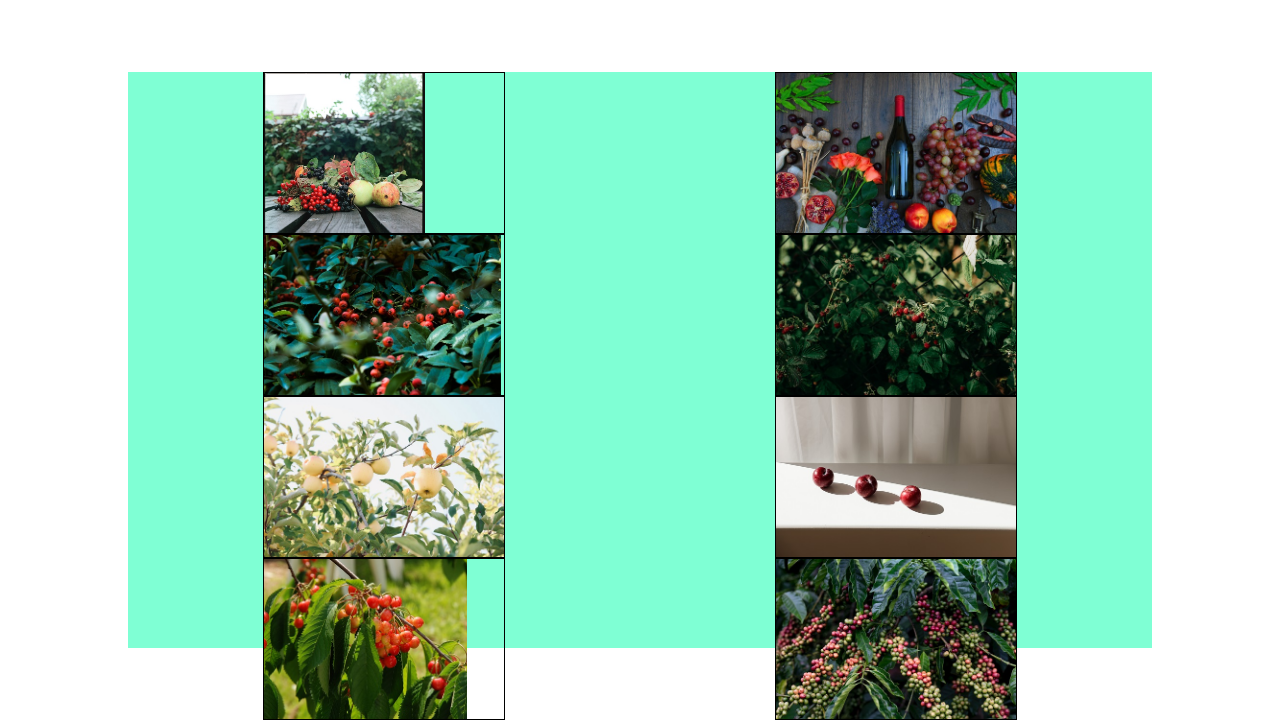
Repository: lidkaa/devTasks
Page: 0. Zadania Testowe/zadania/FlexboxCentered.html
An editor plug-in stored every save of this project. The page is shown before and after the next save, followed by the edit.
The browser window is 1280 px wide. The pictures show the whole page.

Above is the page before, as saved 2022-01-31 14:21:54.

### 0. Zadania Testowe/zadania/FlexboxCentered.html
<!DOCTYPE html>
<html lang="en">
<head>
    <meta charset="UTF-8">
    <meta http-equiv="X-UA-Compatible" content="IE=edge">
    <meta name="viewport" content="width=device-width, initial-scale=1.0">
    <link rel="stylesheet" type="text/css" href="flexboxcentered.css">
    <title>Document</title>
</head>
<body>
    <div class="presentation">
        <ul class="cells">
            <li class="cell">
                <img src="./pexel/pexel1.jpg"/>
            </li>
            <li class="cell">
                <img src="./pexel/pexel2.jpg"/>
            </li>
            <li class="cell">
                <img src="./pexel/pexel3.jpg"/>
            </li>
            <li class="cell">
                <img src="./pexel/pexel4.jpg"/>
            </li>
            <li class="cell">
                <img src="./pexel/pexel5.jpg"/>
            </li>
            <li class="cell">
                <img src="./pexel/pexel6.jpg"/>
            </li>
            <li class="cell">
                <img src="./pexel/pexel7.jpg"/>
            </li>
            <li class="cell">
                <img src="./pexel/pexel8.jpg"/>
            </li>
            <li class="cell">
                <img src="./pexel/pexel9.jpg"/>
            </li>
        </ul>
    </div>
</body>
</html>

### 0. Zadania Testowe/zadania/flexboxcentered.css
* {
    margin: 0;
    padding: 0;
}

.presentation {
    position: fixed;
    height: 100vh;
    width: 100vw;
    display: flex;
    justify-content: center;
    align-items: center;
}

.cells {
    display: flex;
    justify-content: space-around;
    align-items: center;
    flex-direction: row;
    flex-wrap: wrap;
    list-style-type: none;
    height: 80vh;
    width: 80vw;
    background-color: aquamarine;
}

.cell {
    height: 10em;
    width: 15em;
    border: 1px solid black;
    margin: 0 90px;
    overflow: hidden;
}

img {
    max-width: 100%;
    height: 100%;
    object-fit: fill;
  }

After the next save:
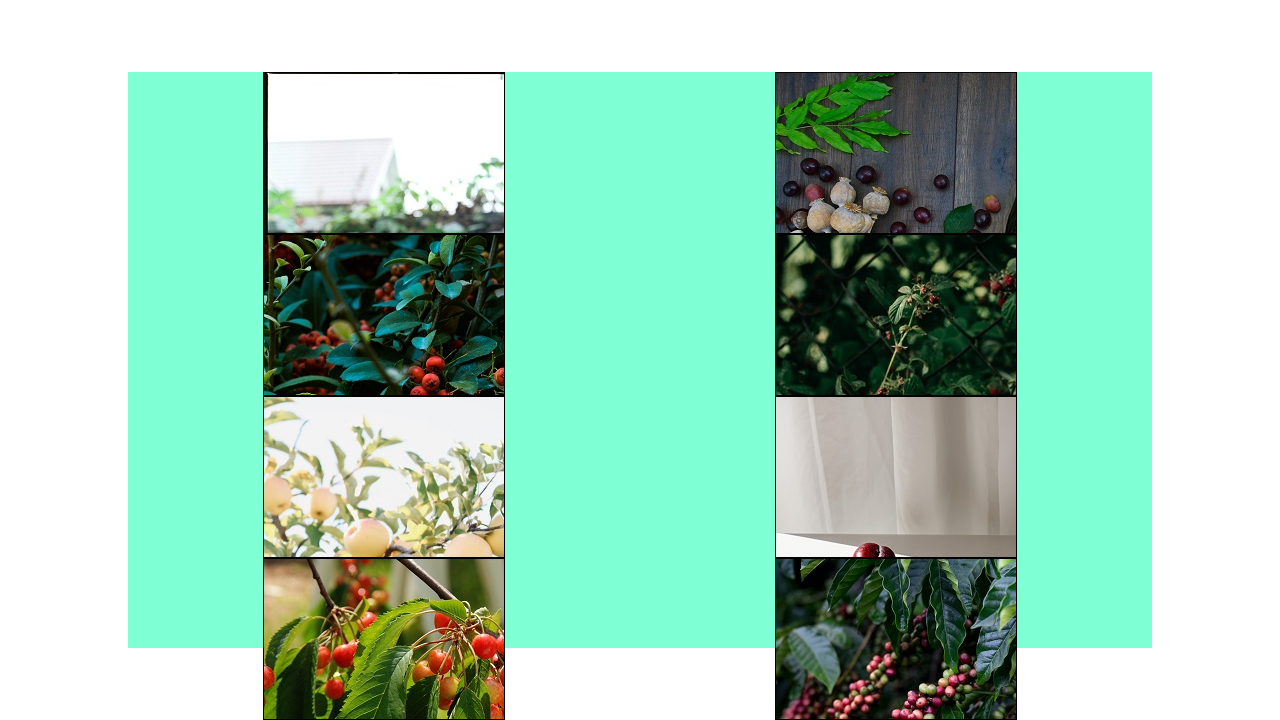
Saved 24 s later.
--- a/0. Zadania Testowe/zadania/flexboxcentered.css
+++ b/0. Zadania Testowe/zadania/flexboxcentered.css
@@ -33,7 +33,5 @@
 }
 
 img {
-    max-width: 100%;
-    height: 100%;
     object-fit: fill;
   }
